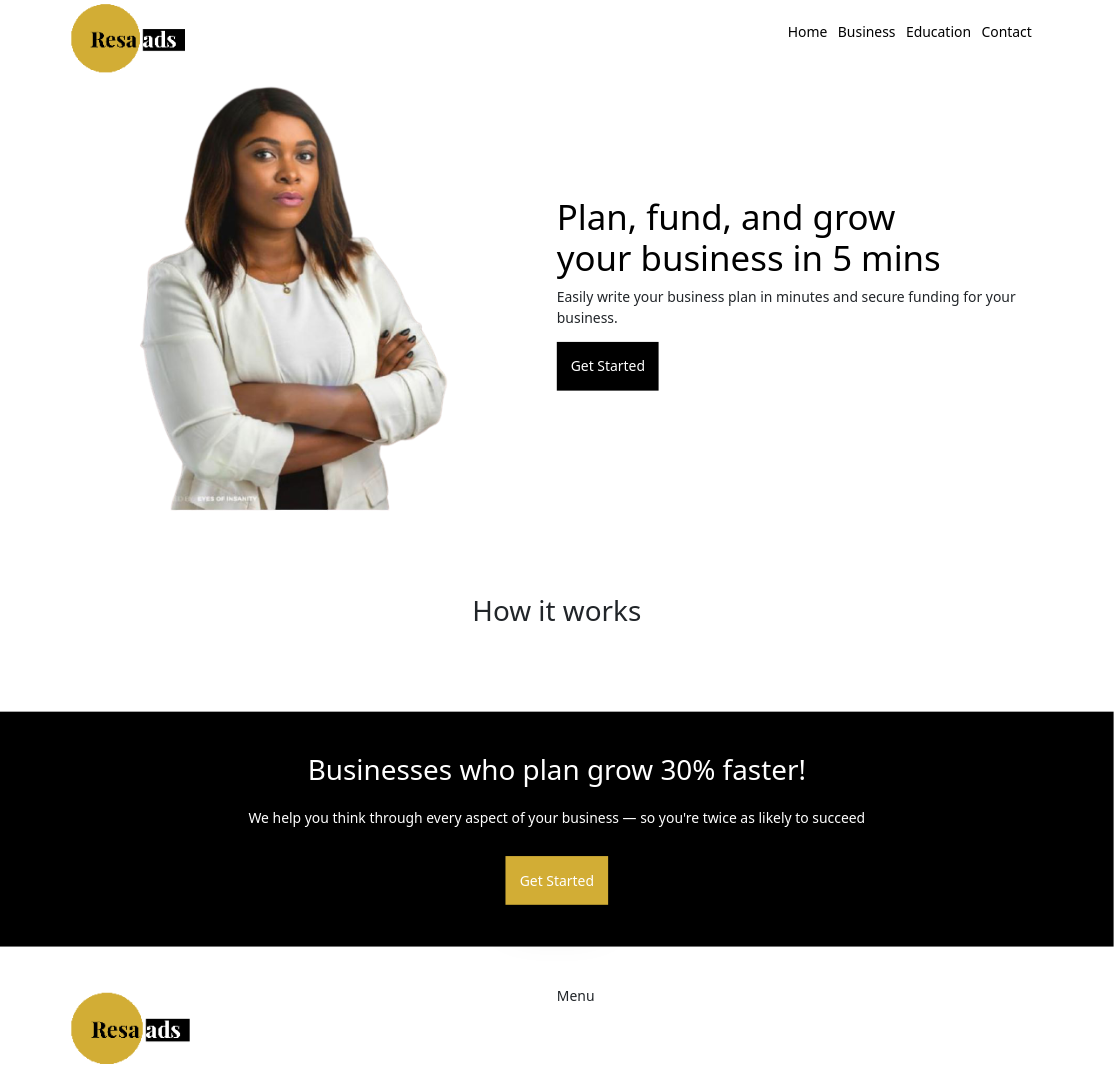
Repository: latenightsnacc/resaads-consults
Page: index.html
The author's editor kept a copy of each file at every save. The page is drawn from the files as they stood at one save, then again after the next save.
The browser window is 1280 px wide. The pictures show the whole page, at 87% of full size.
Some web libraries are served in a nearby version.

Above is the page before, as saved 2021-08-05 10:13:08.

### index.html
<!DOCTYPE html>
<html lang="en">
<head>
    <meta charset="UTF-8">
    <meta http-equiv="X-UA-Compatible" content="IE=edge">
    <meta name="viewport" content="width=device-width, initial-scale=1.0">
    <!--Tailwind Css-->
    <link href="https://unpkg.com/tailwindcss@^2/dist/tailwind.min.css" rel="stylesheet">
    <!--Bootstrap CSS-->
    <link href="https://cdn.jsdelivr.net/npm/bootstrap@5.0.0-beta3/dist/css/bootstrap.min.css" rel="stylesheet" integrity="sha384-eOJMYsd53ii+scO/bJGFsiCZc+5NDVN2yr8+0RDqr0Ql0h+rP48ckxlpbzKgwra6" crossorigin="anonymous">
    <!--Font Awesome 5 CDN-->
    <link href="https://cdnjs.cloudflare.com/ajax/libs/font-awesome/5.13.0/css/all.min.css" rel="stylesheet">
    <!--Material Icons-->
    <link href="https://fonts.googleapis.com/css?family=Material+Icons|Material+Icons+Outlined|Material+Icons+Two+Tone|Material+Icons+Round|Material+Icons+Sharp" rel="stylesheet">
    <!--Google Font-->
    <link rel="preconnect" href="https://fonts.gstatic.com">
    <link href="https://fonts.googleapis.com/css2?family=Archivo:wght@400;700&display=swap" rel="stylesheet">
    <!--Page Title-->
    <title>Resaads Consults</title>

    <style>
        .primary-bg {
            background-color: #d2ad35 ;
        }
        a.primary:hover {
            color: #d2ad35;
            font-weight: 500;
        }
    </style>
</head>
<body>
    <header class="container">
        <nav class="flex flex-row w-full justify-between items-center">
            <a href="index.html" class="w-36">
                <img src="assets/logos/Logo-150px-removebg-preview.png" alt="" class="w-full">
            </a>
            <ul class="flex flex-row">
                <li class="mr-3">
                    <a href="index.html" class="text-black no-underline primary">Home</a>
                </li>
                <li class="mr-3">
                    <a href="" class=" text-black no-underline primary">Business</a>
                </li>
                <li class="mr-3">
                    <a href="" class=" text-black no-underline primary">Education</a>
                </li>
                <li class="mr-3">
                    <a href="" class="text-black no-underline primary">Contact</a>
                </li>
            </ul>
        </nav>
    </header>
    <main>
        <section id="banner">
            <div class="container">
                <div class="flex flex-row">
                    <div class="w-1/2">
                        <img src="assets/images/Front-Banner-removebg-preview.png" alt="">
                    </div>
                    <div class="w-1/2 flex flex-col justify-center items-start">
                        <h1 class="text-black fontbold">
                            Plan, fund, and grow
                            <br/><span>your business in 5 mins</span>
                        </h1>
                        <p>Easily write your business plan in minutes and secure funding for your business. </p>
                        <a href="#" class="">
                            <button class="bg-black text-white p-3">Get Started</button>
                        </a>
                    </div>
                </div>
            </div>
        </section>
        <!--Spacer-->
        <div class="my-5"></div>
        <section id="how-it-works">
            <div class="container">
                <h2 class="text-center py-5">How it works</h2>
            </div>
        </section>
        <!--Spacer-->
        <div class="my-5"></div>
        <section class="bg-black text-white py-5">
            <div class="container">
                <h2 class="text-center">Businesses who plan grow 30% faster!</h2>
                <div class="flex flex-col items-center">
                    <p class="text-center py-3">We help you think through every aspect of your business — so you're twice as likely to succeed</p>
                    <a href="#" class="">
                        <button class="primary-bg text-white p-3 shadow-2xl">Get Started</button>
                    </a>
                </div>
            </div>
        </section>
    </main>
    <!--Spacer-->
    <div class="my-5"></div>
    <footer>
        <div class="container">
            <div class="flex flex-row">
                <div class="w-1/2">
                    <a href="index.html" class="w-36">
                        <img src="assets/logos/Logo-150px-removebg-preview.png" alt="" class="">
                    </a>
                </div>
                <div class="w-1/2">
                    <div class="flex flex-row">
                        <div class="w-1/3">
                            <h6>Menu</h6>
                        </div>
                        <div class="w-1/3"></div>
                        <div class="w-1/3"></div>
                    </div>
                </div>
            </div>
        </div>
    </footer>
</body>
</html>

After the next save:
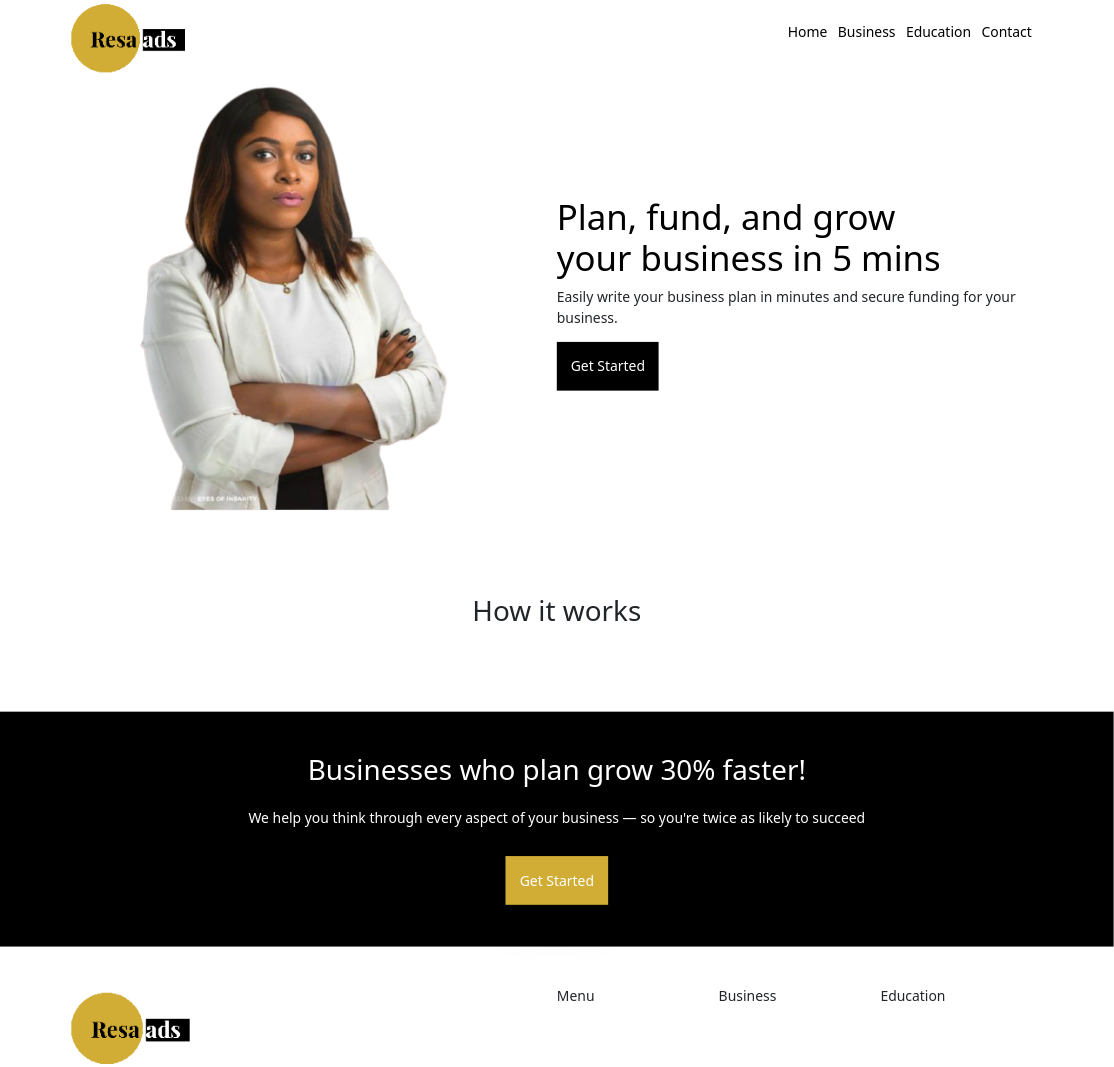
Saved 36 s later.
--- a/index.html
+++ b/index.html
@@ -106,8 +106,12 @@
                         <div class="w-1/3">
                             <h6>Menu</h6>
                         </div>
-                        <div class="w-1/3"></div>
-                        <div class="w-1/3"></div>
+                        <div class="w-1/3">
+                            <h6>Business</h6>
+                        </div>
+                        <div class="w-1/3">
+                            <h6>Education</h6>
+                        </div>
                     </div>
                 </div>
             </div>
